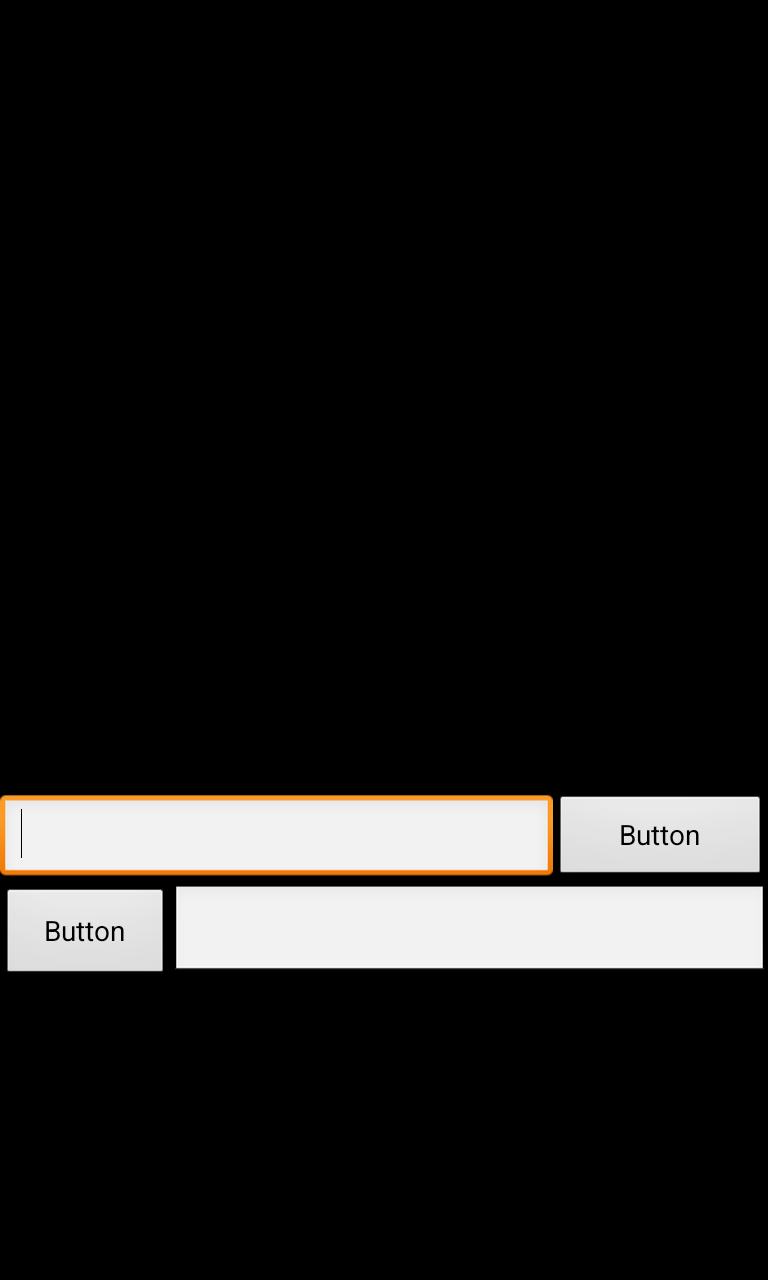
Repository: wobutianl/suntec_telli
Layout: ShowList/res/layout/main.xml
The author's editor kept a copy of each file at every save. The layout is drawn from the files as they stood at one save, then again after the next save.
It is drawn on a 768 x 1280 px phone screen (xhdpi) without system bars, with theme android:Theme; the app's code is not run. Lists and similar views that code fills are empty.

Above is the layout before, as saved 2014-09-04 02:00:00.

After the next save:
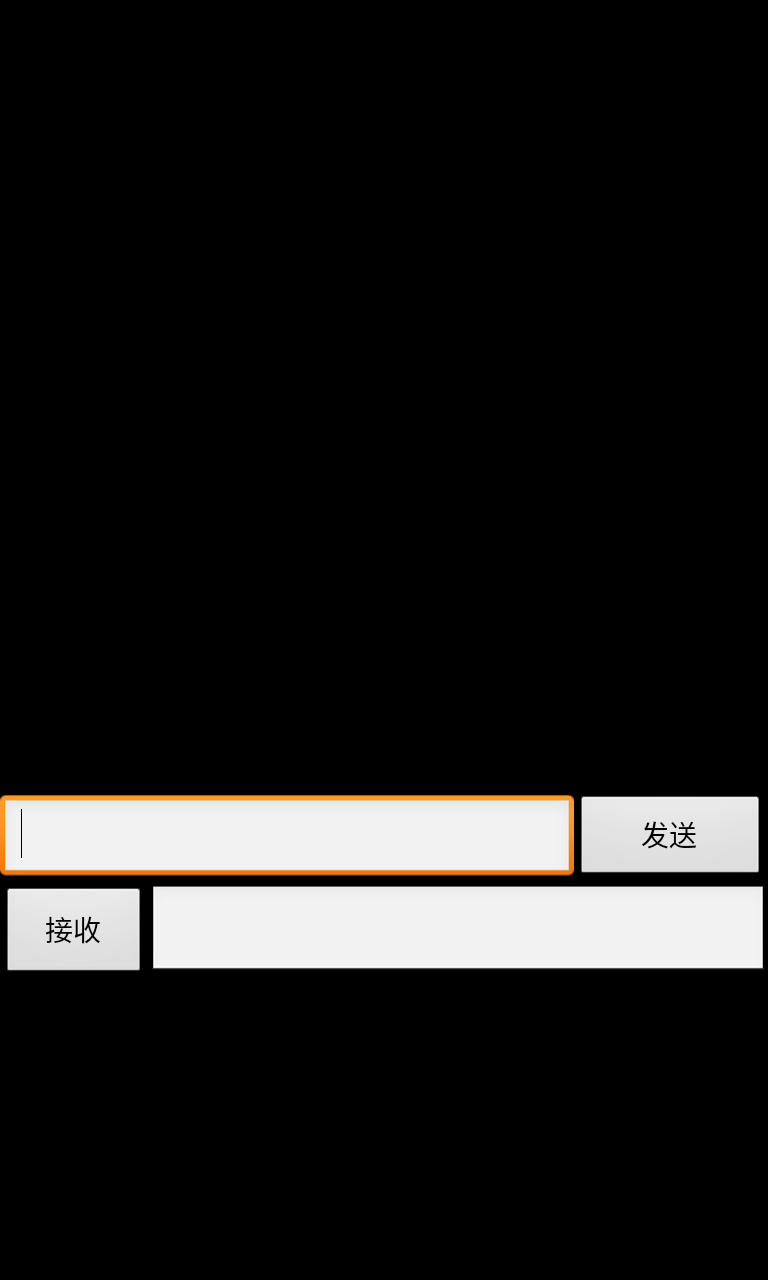
Saved 53 s later.
--- a/ShowList/res/layout/main.xml
+++ b/ShowList/res/layout/main.xml
@@ -11,10 +11,10 @@
         <EditText android:layout_height="wrap_content" android:layout_width="wrap_content" android:id="@+id/editText1" android:layout_weight="0.34">
             <requestFocus></requestFocus>
         </EditText>
-        <Button android:id="@+id/button1" android:text="Button" android:layout_height="wrap_content" android:layout_width="wrap_content" android:layout_weight="0.06"></Button>
+        <Button android:id="@+id/sendBtn" android:text="发送" android:layout_height="wrap_content" android:layout_width="wrap_content" android:layout_weight="0.06"></Button>
     </LinearLayout>
     <LinearLayout android:layout_height="wrap_content" android:layout_width="match_parent" android:id="@+id/linearLayout3" android:layout_weight="1.22">
-        <Button android:id="@+id/button2" android:text="Button" android:layout_height="wrap_content" android:layout_width="wrap_content" android:layout_weight="0.08"></Button>
+        <Button android:id="@+id/resBtn" android:text="接收" android:layout_height="wrap_content" android:layout_width="wrap_content" android:layout_weight="0.08"></Button>
         <EditText android:layout_height="wrap_content" android:layout_width="wrap_content" android:id="@+id/editText2" android:layout_weight="0.95"></EditText>
     </LinearLayout>
 </LinearLayout>
